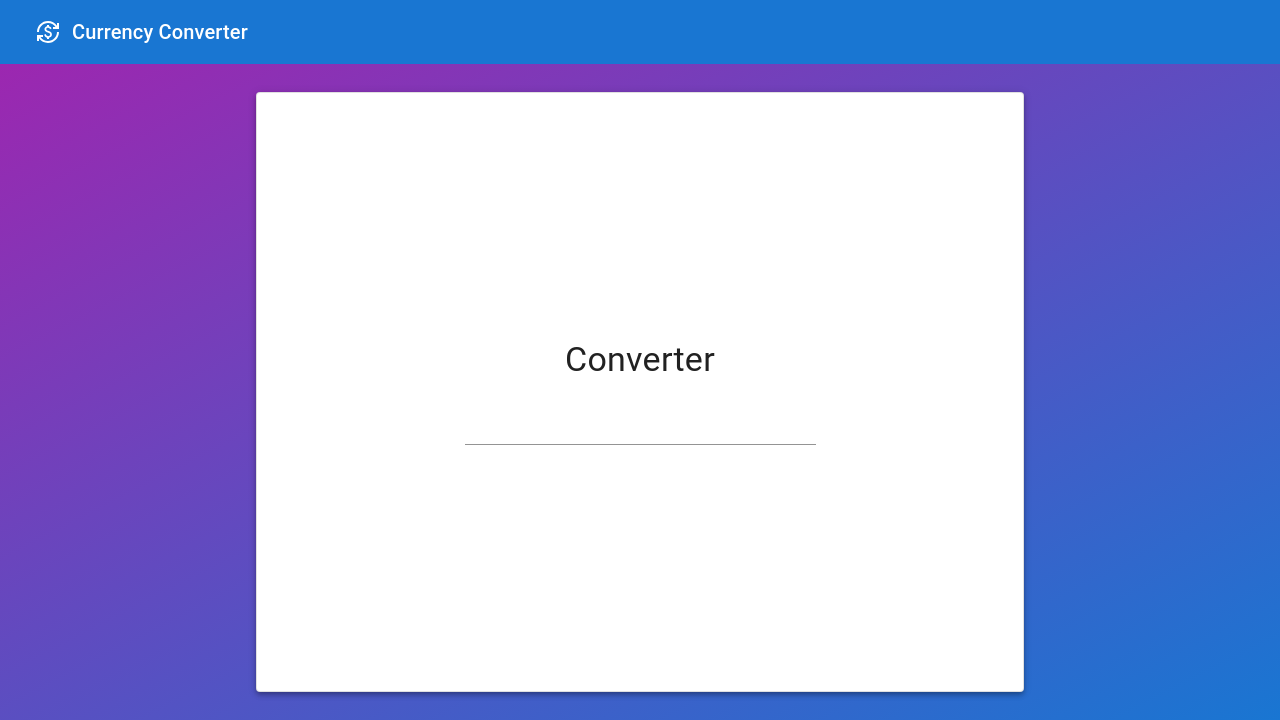
Repository: rutsguifd/currency-converter
Page: /
An editor plug-in stored every save of this project. The page is shown before and after the next save, followed by the edit.
The browser window is 1280 px wide. The pictures show the whole page.
The project was rebuilt for these pictures with package versions that can differ from the ones it lists, and the page was loaded fresh each time. Also part of the build but not shown: src/components/ErrorBoundary.jsx.

Above is the page before, as saved 2023-03-27 23:49:58.

### src/index.js
import { CssBaseline } from "@mui/material";
import React from "react";
import ReactDOM from "react-dom/client";
import { Provider } from "react-redux";
import { BrowserRouter } from "react-router-dom";
import App from "./App";
import { setupStore } from "./store";

const store = setupStore();

const root = ReactDOM.createRoot(document.getElementById("root"));
root.render(
  <Provider store={store}>
    <BrowserRouter>
      <CssBaseline>
        <App />
      </CssBaseline>
    </BrowserRouter>
  </Provider>
);

### src/App.js
import AppRouter from "./router/AppRouter";

function App() {
  return (
    <>
      <AppRouter />
    </>
  );
}

export default App;

### src/store/index.js
import { combineReducers, configureStore } from "@reduxjs/toolkit";
import { ConverterAPI } from "./ConverterService";

const rootReducer = combineReducers({
  [ConverterAPI.reducerPath]: ConverterAPI.reducer,
});

export const setupStore = () => {
  return configureStore({
    reducer: rootReducer,
    middleware: (getDefaultMiddleware) =>
      getDefaultMiddleware().concat(ConverterAPI.middleware),
  });
};

### src/router/AppRouter.jsx
import React from "react";
import { Route, Routes } from "react-router-dom";
import ErrorBoundary from "../components/ErrorBoundary";
import HomePage from "../pages/HomePage";

const AppRouter = () => {
  return (
    <Routes>
      <Route path="/" element={<HomePage />} />
      <Route path="/error" element={<ErrorBoundary />} />
    </Routes>
  );
};

export default AppRouter;

### src/store/ConverterService.js
import { createApi, fetchBaseQuery } from "@reduxjs/toolkit/dist/query/react";

const BASE_URL = "https://api.apilayer.com/exchangerates_data/";

const BASE_QUERY = fetchBaseQuery({
  baseUrl: BASE_URL,
  prepareHeaders: (headers) => {
    headers.set("apikey", "3yTPGVUhUYyAGGgNkKb2MySzxmY4qcWi");
    return headers;
  },
});

export const ConverterAPI = createApi({
  reducerPath: "ConverterAPI",
  baseQuery: BASE_QUERY,
  tagTypes: ["ConverterAPI"],
  endpoints: (build) => ({
    getLatestCurrency: build.query({
      query: ({ symbols, base }) => `latest?symbols=${symbols}&base=${base}`,
    }),
  }),
});

### src/pages/HomePage.jsx
import React from "react";
import ConvertContainer from "../components/ConvertContainer";
import MainLayout from "../layout/MainLayout";

const HomePage = () => {
  return (
    <MainLayout>
      <ConvertContainer />
    </MainLayout>
  );
};

export default HomePage;

### src/components/ConvertContainer.jsx
import { Container, useTheme } from "@mui/material";
import React from "react";
import Convert from "./Convert";

const ConvertContainer = () => {
  const theme = useTheme();

  return (
    <Container
      maxWidth={false}
      disableGutters
      sx={{
        display: "flex",
        justifyContent: "center",
        alignItems: "center",
        minHeight: "calc(100vh - 64px)",
        background: `linear-gradient(to right bottom, ${theme.palette.secondary.main},  ${theme.palette.primary.main})`,
      }}
    >
      <Convert />
    </Container>
  );
};

export default ConvertContainer;

### src/layout/MainLayout.jsx
import React from "react";
import Header from "../components/Header";

const MainLayout = ({ children }) => {
  return (
    <>
      <Header />
      {children}
    </>
  );
};

export default MainLayout;

### src/components/Convert.jsx
import { Paper, TextField, Typography } from "@mui/material";
import React from "react";

const Convert = () => {
  return (
    <Paper
      variant="outlined"
      sx={{
        p: 4,
        display: "flex",
        flexDirection: "column",
        alignItems: "center",
        justifyContent: "center",
        width: "60vw",
        minWidth: "400px",
        height: "60vh",
        minHeight: "600px",
        gap: 4,
        boxShadow: 4,
      }}
    >
      <Typography variant="h4">Converter</Typography>
      <TextField variant="standard" sx={{ width: "50%" }} />
    </Paper>
  );
};

export default Convert;

### src/components/Header.jsx
import {
  AppBar,
  Box,
  CircularProgress,
  IconButton,
  Toolbar,
  Typography,
} from "@mui/material";
import CurrencyExchangeIcon from "@mui/icons-material/CurrencyExchange";
import EuroSymbolIcon from "@mui/icons-material/EuroSymbol";
import AttachMoneyIcon from "@mui/icons-material/AttachMoney";
import React from "react";
import { ConverterAPI } from "../store/ConverterService";
import { useNavigate } from "react-router-dom";

const Header = () => {
  const navigate = useNavigate();

  //   const {
  //     data: USDData,
  //     error: USDError,
  //     isLoading: USDLoading,
  //   } = ConverterAPI.useGetLatestCurrencyQuery({
  //     symbols: "UAH",
  //     base: "USD",
  //   });
  //   const {
  //     data: EURData,
  //     error: EURError,
  //     isLoading: EURLoading,
  //   } = ConverterAPI.useGetLatestCurrencyQuery({
  //     symbols: "UAH",
  //     base: "EUR",
  //   });
  //   if (USDError || EURError) {
  //     return navigate("/error");
  //   }
  return (
    <Box sx={{ flexGrow: 1 }}>
      <AppBar position="static">
        <Toolbar>
          <IconButton size="large" color="inherit">
            <CurrencyExchangeIcon />
          </IconButton>
          <Typography variant="h6" component="div" sx={{ flexGrow: 1 }}>
            Currency Converter
          </Typography>
          {/* <Box margin={2} display="flex" flexDirection="row">
            <EuroSymbolIcon />
            {EURLoading ? (
              <CircularProgress />
            ) : (
              <Typography>{EURData.rates.UAH}</Typography>
            )}
          </Box>
          <Box margin={2} display="flex" flexDirection="row">
            <AttachMoneyIcon />
            {USDLoading ? (
              <CircularProgress />
            ) : (
              <Typography>{USDData.rates.UAH}</Typography>
            )}
          </Box> */}
        </Toolbar>
      </AppBar>
    </Box>
  );
};

export default Header;

Loaded but not shown: public/index.html (common file)

After the next save:
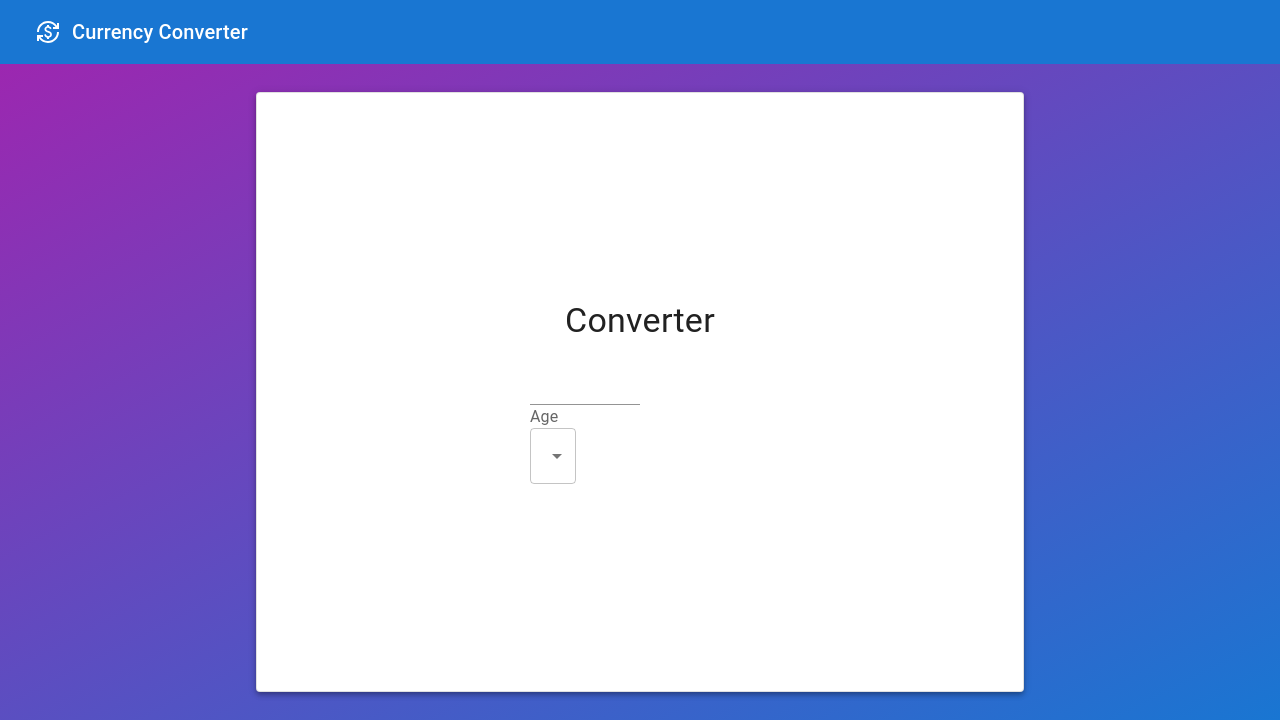
Saved 111 s later.
--- a/src/components/Convert.jsx
+++ b/src/components/Convert.jsx
@@ -1,4 +1,12 @@
-import { Paper, TextField, Typography } from "@mui/material";
+import {
+  Box,
+  InputLabel,
+  MenuItem,
+  Paper,
+  Select,
+  TextField,
+  Typography,
+} from "@mui/material";
 import React from "react";
 
 const Convert = () => {
@@ -20,7 +28,21 @@ const Convert = () => {
       }}
     >
       <Typography variant="h4">Converter</Typography>
-      <TextField variant="standard" sx={{ width: "50%" }} />
+      <Box>
+        <TextField variant="standard" sx={{ width: "50%" }} />
+        <InputLabel id="demo-simple-select-label">Age</InputLabel>
+        <Select
+          labelId="demo-simple-select-label"
+          id="demo-simple-select"
+          // value={age}
+          // label="Age"
+          // onChange={handleChange}
+        >
+          <MenuItem value={10}>Ten</MenuItem>
+          <MenuItem value={20}>Twenty</MenuItem>
+          <MenuItem value={30}>Thirty</MenuItem>
+        </Select>
+      </Box>
     </Paper>
   );
 };
